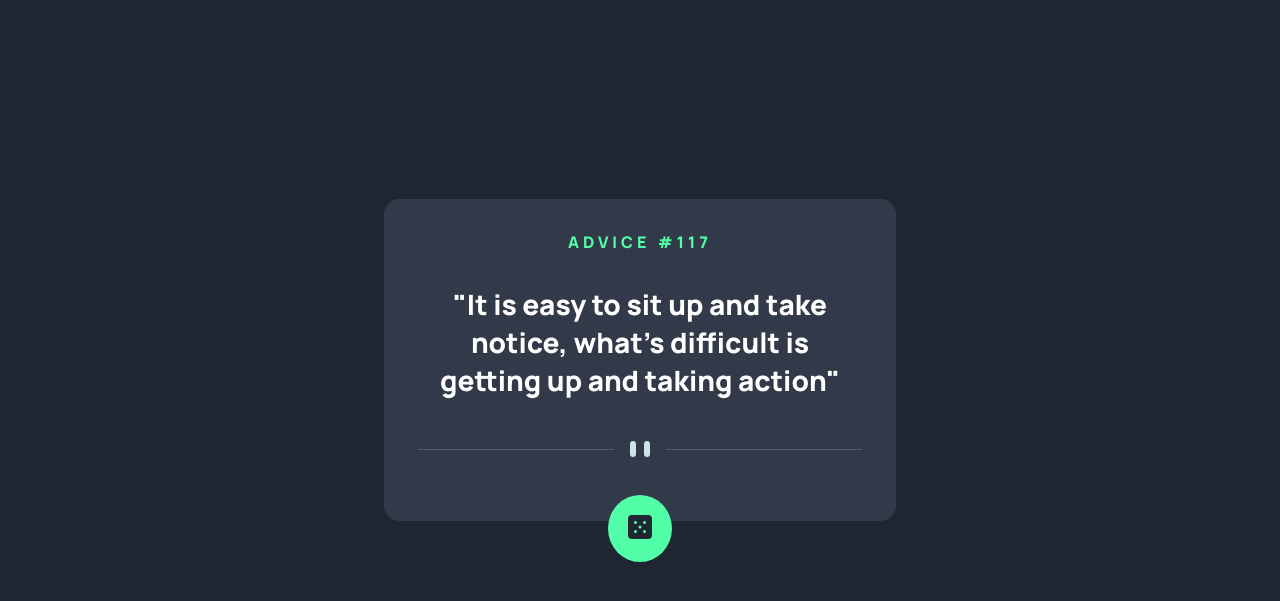
Repository: WindOfCodes/advice-generator-app
Page: index.html
The author's editor kept a copy of each file at every save. The page is drawn from the files as they stood at one save, then again after the next save.
The browser window is 1280 px wide. The pictures show the whole page.

Above is the page before, as saved 2022-11-28 22:16:12.

### index.html
<!DOCTYPE html>
<html lang="en">
  <head>
    <meta charset="UTF-8" />
    <meta name="viewport" content="width=device-width, initial-scale=1.0" />
    <link
      href="https://fonts.googleapis.com/css2?family=Manrope:wght@800&display=swap"
      rel="stylesheet"
    />
    <link rel="stylesheet" href="/styles/main.css" />
  </head>
  <body>
    <div class="card">
      <span class="number">advice #117</span>
      <span class="quote">
        "It is easy to sit up and take notice, what's difficult is getting up and taking action"
      </span>
      <img class="line" src="./images/pattern-divider-desktop.svg" />
      <button class="dice">
        <img src="./images/icon-dice.svg" />
      </button>
    </div>
  </body>
</html>

### styles/main.css
/* <style>
.attribution { font-size: 11px; text-align: center; }
.attribution a { color: hsl(228, 45%, 44%); }
</style> */

/* Mobile: 375px
Desktop: 1440px */

/* $lightCyan : hsl(193, 38%, 86%);
$neonGreen: hsl(150, 100%, 66%);
$grayishBlue: hsl(217, 19%, 38%);
$darkGrayishBlue: hsl(217, 19%, 24%);
$darkBlue: hsl(218, 23%, 16%); */

body {
  font-family: "Manrope", sans-serif;
  font-weight: 800;
  background-color: hsl(218, 23%, 16%);
  font-size: 28px;
}

.card {
  background-color: hsl(217, 19%, 24%);
  width: 40%;
  min-height: 35%;
  display: flex;
  flex-direction: column;
  position: absolute;
  top: 50%;
  left: 50%;
  transform: translate(-50%, -50%);
  justify-content: center;
  align-items: center;
  margin: auto;
  border-radius: 15px;
}

.number {
  text-transform: uppercase;
  font-size: 16px;
  letter-spacing: 0.25rem;
  color: hsl(150, 100%, 66%);
  margin: 2rem 0;
}

.quote {
  color: white;
  max-width: 80%;
  text-align: center;
  margin-bottom: 10px;
}

.line {
  margin: 2rem 0 4rem 0;
}

.dice {
  border: none;
  border-radius: 50%;
  background-color: hsl(150, 100%, 66%);
  padding: 20px;
  position: absolute;
  top: 92%;
}

.dice:hover {
  cursor: pointer;
}

After the next save:
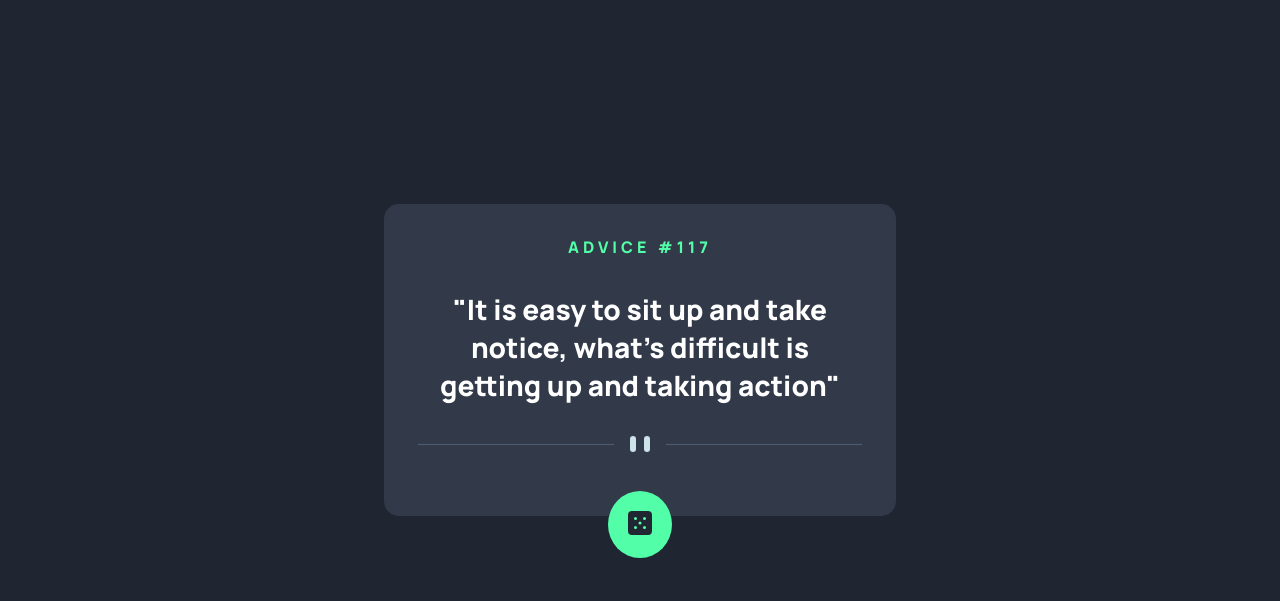
Saved 23 s later.
--- a/styles/main.css
+++ b/styles/main.css
@@ -47,7 +47,6 @@ body {
   color: white;
   max-width: 80%;
   text-align: center;
-  margin-bottom: 10px;
 }
 
 .line {
